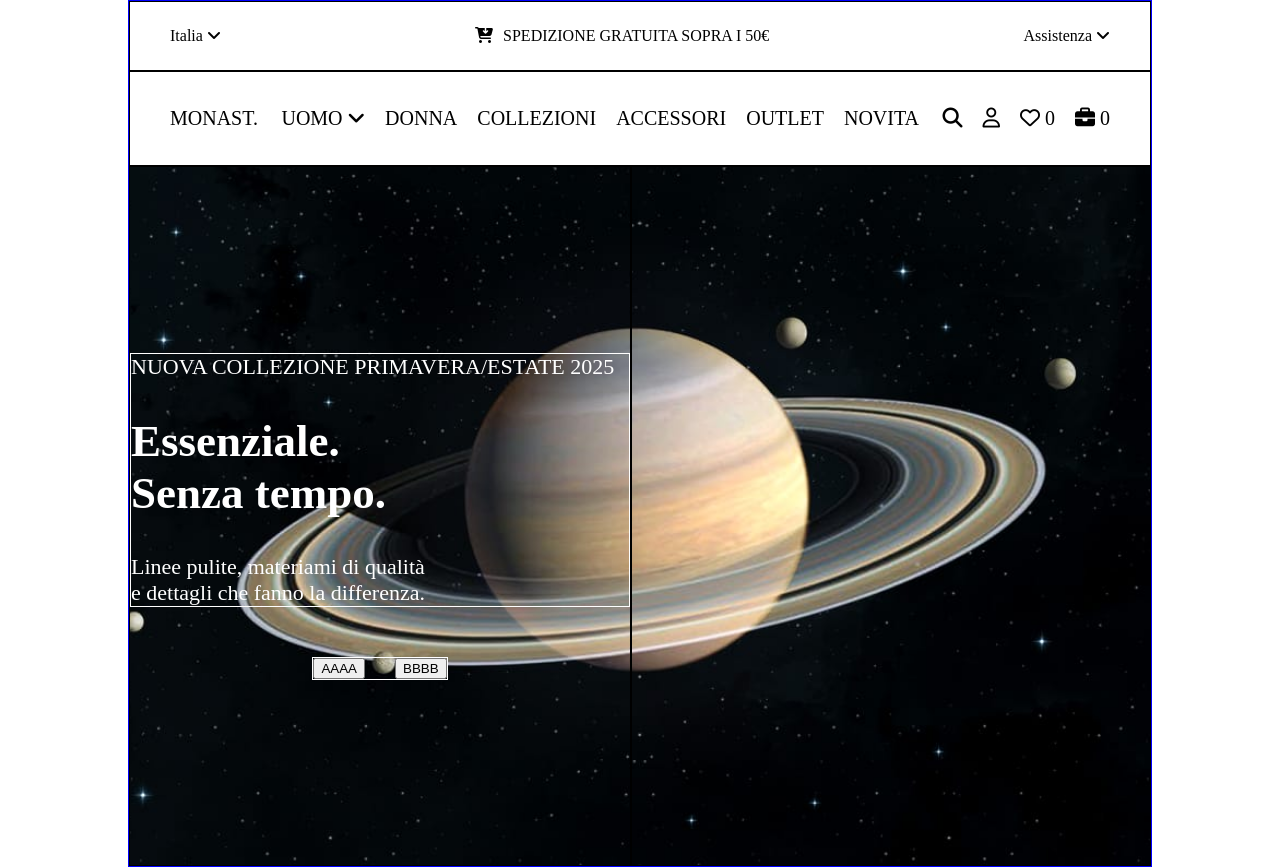
Repository: jacoporm1989/studioFlexbox
Page: FLEXBOX/header+navbar+hero1/index.html
These files come from the project's save history. The page is drawn as it stood at one moment and after the next save; the edit follows.
The browser window is 1280 px wide. The pictures show the whole page.

Above is the page before, as saved 2026-06-17 12:26:59.

After the next save:
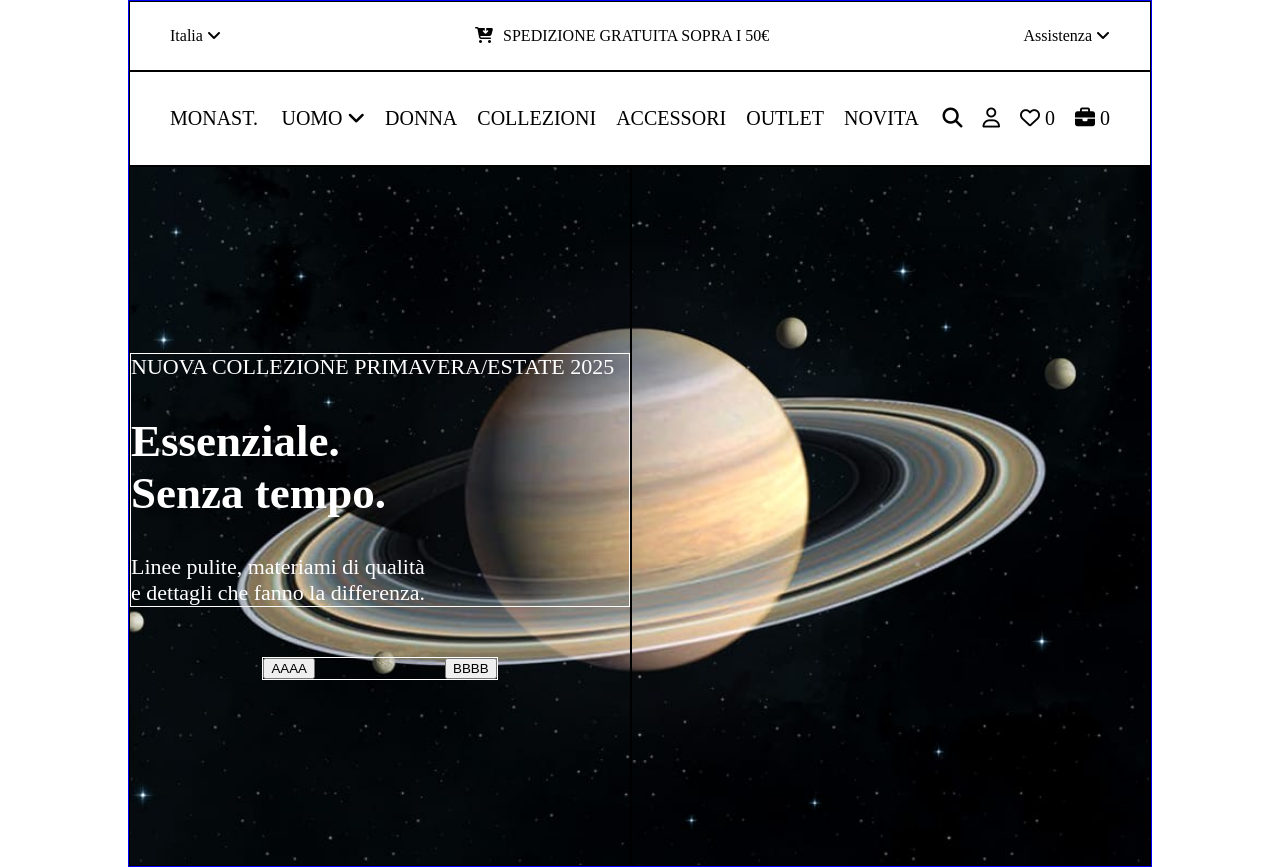
Saved 13 s later.
--- a/FLEXBOX/header+navbar+hero1/style.css
+++ b/FLEXBOX/header+navbar+hero1/style.css
@@ -185,7 +185,7 @@
 .hero-buttons{
     border:1px solid white;
     display:flex;
-    gap: 30px;
+    gap: 130px;
 
 }
 
